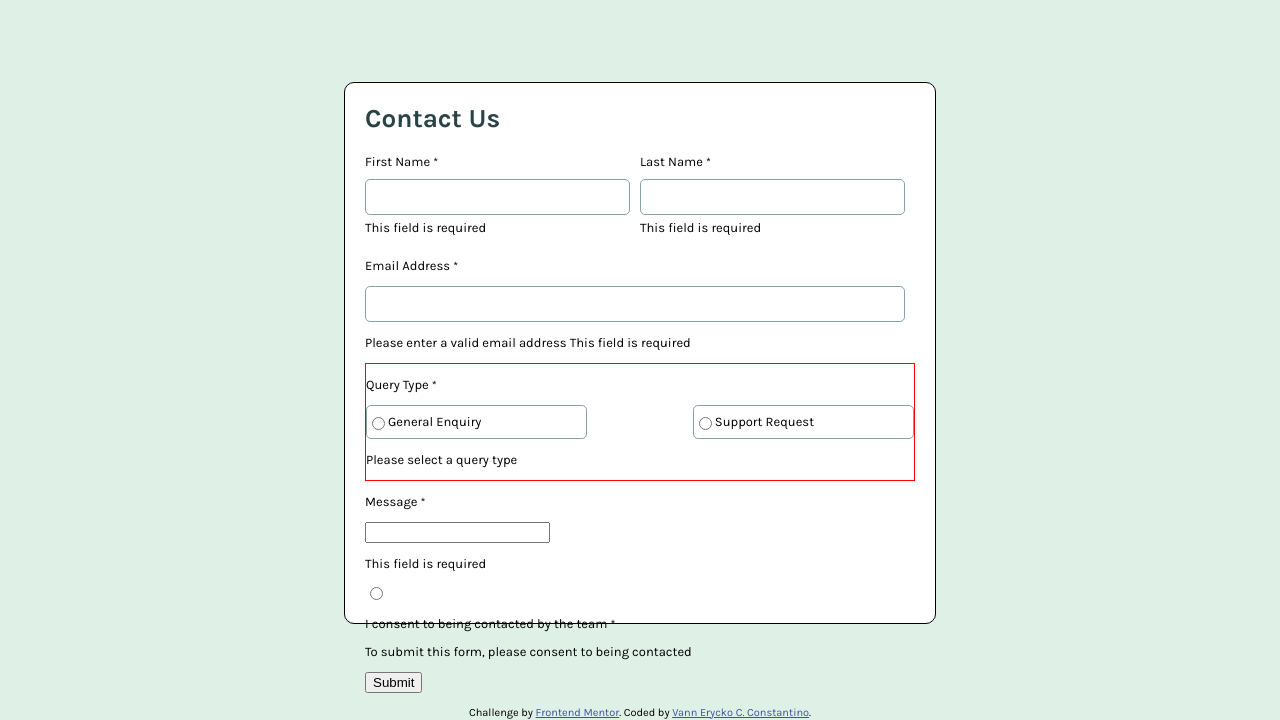
Repository: kocokoy/contact-form
Page: contact-form-main/index.html
The author's editor kept a copy of each file at every save. The page is drawn from the files as they stood at one save, then again after a run of saves.
The browser window is 1280 px wide. The pictures show the whole page.

Above is the page before, as saved 2024-10-24 09:39:49.

### contact-form-main/index.html
<!DOCTYPE html>
<html lang="en">
<head>
  <meta charset="UTF-8">
  <meta name="viewport" content="width=device-width, initial-scale=1.0"> <!-- displays site properly based on user's device -->

  <link rel="icon" type="image/png" sizes="32x32" href="./assets/images/favicon-32x32.png">
  <link rel="stylesheet" href="/contact-form-main/styles/style.css">
  <link rel="preconnect" href="https://fonts.googleapis.com">
  <link rel="preconnect" href="https://fonts.gstatic.com" crossorigin>
  <link href="https://fonts.googleapis.com/css2?family=Karla:ital,wght@0,200..800;1,200..800&family=Red+Hat+Text:ital,wght@0,300..700;1,300..700&display=swap" rel="stylesheet">
  <title>Frontend Mentor | Contact form</title>

  <!-- Feel free to remove these styles or customise in your own stylesheet 👍 -->
  <style>
    .attribution { font-size: 11px; text-align: center; }
    .attribution a { color: hsl(228, 45%, 44%); }
  </style>
</head>
<body>
  <div class="container">
    <div class="contact-form-card">
      <h1 class="contact-us-header">
        Contact Us
      </h1>
      <div class="name-section">
        <div class="first-name-section">
          <p>
            First Name
            <span>*</span>
          </p>
          <input type="text" name="" id="">
          <p>
            This field is required
          </p>
        </div>
        <div class="last-name-section">
          <p>
            Last Name
            <span>*</span>
          </p>
          <input type="text" name="" id="">
          <p>
            This field is required
          </p>
        </div>
      </div>
      <div class="email-section">
        <p>Email Address  <span>*</span></p>
        <input type="text">
        <p>Please enter a valid email address
          This field is required</p>
      </div>
      <div class="query-type-section">
        <p>Query Type  <span>*</span></p>
        <div class="radio-query-type-section">
          <div class="general-radio-query-type-section">
            <input type="radio">
            General Enquiry
          </div>
          <div class="support-radio-query-type-section">
            <input type="radio">
            Support Request
          </div>
        </div>
        <p>Please select a query type</p>
      </div>
      <div class="message-section">
        <p>Message  <span>*</span></p>
        <input type="text">
        <p>This field is required</p>
      </div>
      <div class="consent-section">
        <div>
          <input type="radio">
          <p>I consent to being contacted by the team  <span>*</span></p>
        </div>
        <p> To submit this form, please consent to being contacted</p>
      </div>
      <div class="submit-btn-section">
        <button>
          Submit</button>
      </div>
    </div>
  </div>




  <!-- Message Sent!
  Thanks for completing the form. We'll be in touch soon! -->

  <div class="attribution">
    Challenge by <a href="https://www.frontendmentor.io?ref=challenge">Frontend Mentor</a>.
    Coded by <a href="#">Vann Erycko C. Constantino</a>.
  </div>
</body>
</html>

### contact-form-main/styles/style.css
:root{
  /* Primary */
  --Green200: hsl(148, 38%, 91%);
  --Green600: hsl(169, 82%, 27%);
  --Red:hsl(0, 66%, 54%);

  --White: hsl(0, 0%, 100%);
  --Grey500: hsl(186, 15%, 59%);
  --Grey900: hsl(187, 24%, 22%);
}

body{
  padding: 0;
  margin: 0;
  background-color: var(--Green200);
  font-family: Karla;
  font-size: 13px;
  font-weight: 400;
}

span {
  font-size: 12px;
}

.container{
  display: flex;
  align-items: center;
  justify-content: center;
  height: 98vh;
}

.contact-form-card{
  display: flex;
  flex-direction: column;
  border: 1px solid;
  background-color: var(--White);
  height: 500px;
  width: 550px;
  border-radius: 10px;
  padding: 20px;
}

.contact-us-header{
  padding: 0;
  margin: 0;
  font-weight: 700;
  color: var(--Grey900);
}

.name-section{
  display: flex;
  flex-direction: row;
  justify-content: space-between;
  padding-top: 15px;
}

.name-section p{
  /* border: 1px solid red; */
  margin: 5px 0;
  padding-bottom: 5px;
}

.name-section input{
 width: 94%;
 height: 32px;
 border: 1px solid var(--Grey500);
 border-radius: 5px;
}

.first-name-section, .last-name-section{
  width: 100%;
}

.email-section{
  display: flex;
  flex-direction: column;
}

.email-section input{
  width: 97%;
  height: 32px;
  border-radius: 5px;
  border: 1px solid var(--Grey500);
}

.query-type-section{
  border: 1px solid red;
  display: flex;
  flex-direction: column;
}

.query-type-section .radio-query-type-section{
  display: flex;
  flex-direction: row;
  justify-content: space-between;
}

.general-radio-query-type-section ,.support-radio-query-type-section{
  display: flex;
  flex-direction: row;
  align-items: center;
  height: 32px;
  border-radius: 5px;
  border: 1px solid var(--Grey500);
  width: 40%;
}

After the next 2 saves:
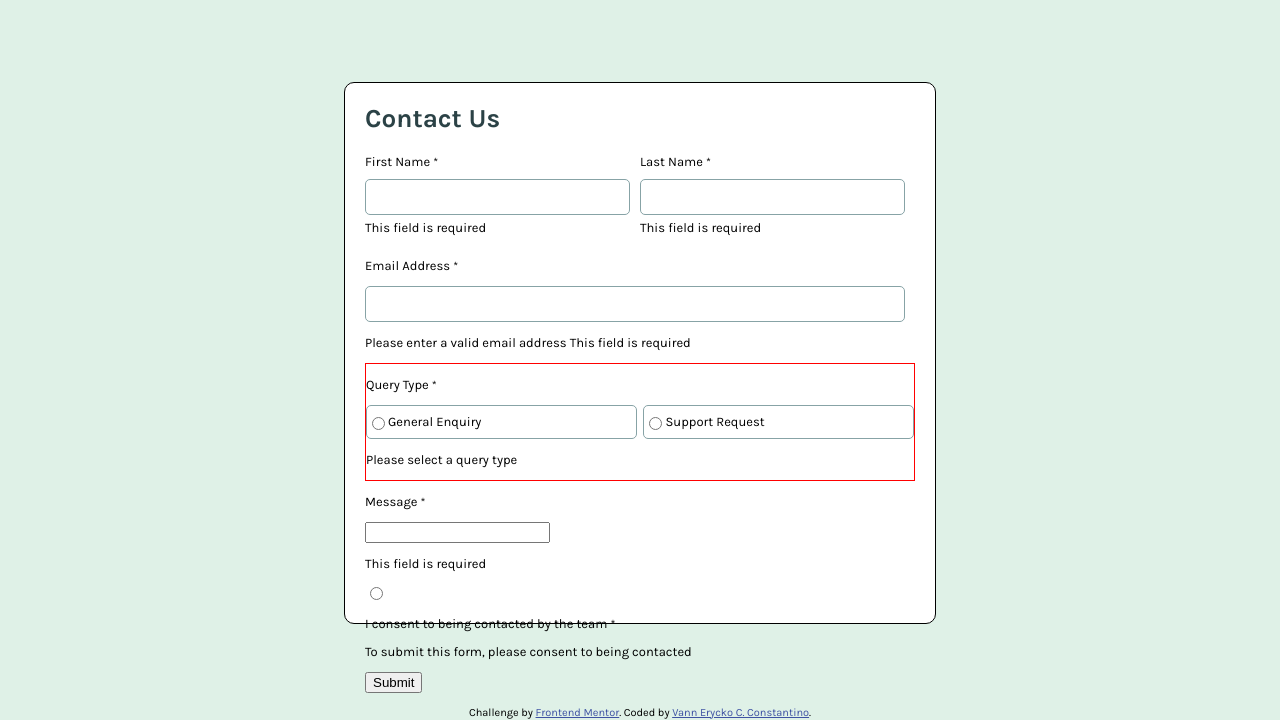
The 2 saves are shown as one change because they came seconds apart.
The last was saved 6 s later.
--- a/contact-form-main/styles/style.css
+++ b/contact-form-main/styles/style.css
@@ -102,5 +102,5 @@ span {
   height: 32px;
   border-radius: 5px;
   border: 1px solid var(--Grey500);
-  width: 40%;
+  width: 49%;
 }
